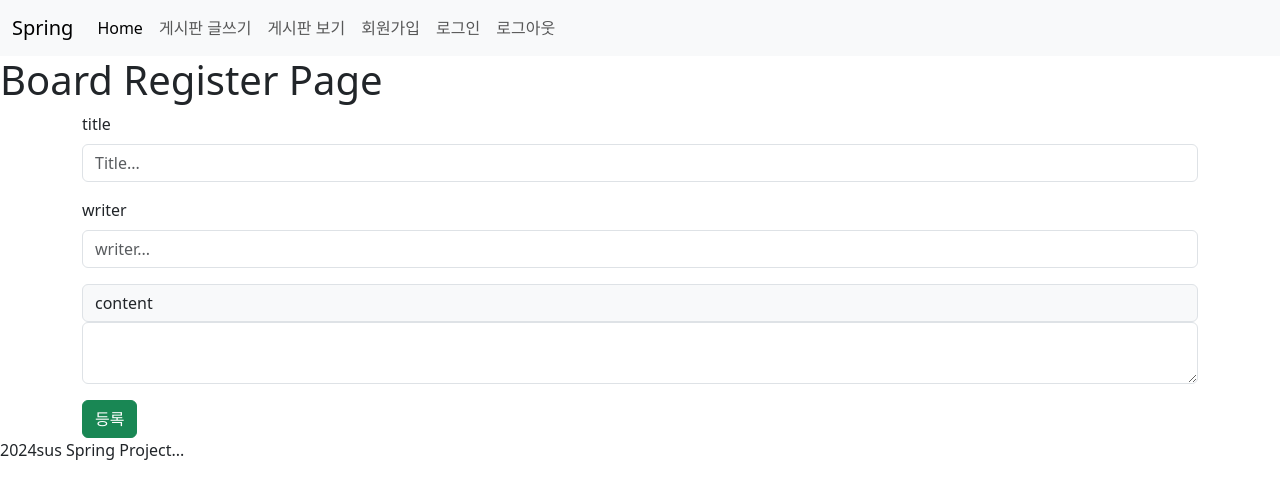
Repository: Ceciliaseon/springTest20240430
Page: http://localhost/spring_study/WEB-INF/views/board/register.jsp
These files come from the project's save history. The page is drawn as it stood at one moment and after the next save; the edit follows.
The browser window is 1280 px wide. The pictures show the whole page.
The page is served by Tomcat 9. Nobody is signed in. The template is opened directly, without the code that normally fills it, so the values that code supplies are empty.

Above is the page before, as saved 2024-04-24 01:08:43.

### spring_study/src/main/webapp/WEB-INF/views/board/register.jsp
<%@ page language="java" contentType="text/html; charset=UTF-8"
    pageEncoding="UTF-8"%>

<jsp:include page="../layout/header.jsp" />
<h1>Board Register Page</h1>
<div class="container-md">
	<form action="/board/insert" method="post">
		<div class="mb-3">
		  <label for="t" class="form-label">title</label>
		  <input type="text" class="form-control" name="title" id="t" placeholder="Title...">
		</div>
		<div class="mb-3">
		  <label for="w" class="form-label">writer</label>
		  <input type="text" class="form-control" name="wirter" id="w" placeholder="writer...">
		</div>
		<div class="mb-3">
		  <span class="input-group-text">content</span>
		  <textarea class="form-control" name="content" aria-label="With textarea"></textarea>
		</div>
		<button type="submit" class="btn btn-success">등록</button>
	</form>
</div>
<jsp:include page="../layout/footer.jsp" />

### spring_study/src/main/webapp/WEB-INF/views/layout/header.jsp
<%@ page language="java" contentType="text/html; charset=UTF-8"
    pageEncoding="UTF-8"%>
<!DOCTYPE html>
<html>
<head>
<meta charset="UTF-8">
<title>header.jsp</title>
<link href="https://cdn.jsdelivr.net/npm/bootstrap@5.3.3/dist/css/bootstrap.min.css" rel="stylesheet" integrity="sha384-QWTKZyjpPEjISv5WaRU9OFeRpok6YctnYmDr5pNlyT2bRjXh0JMhjY6hW+ALEwIH" crossorigin="anonymous">
<script src="https://cdn.jsdelivr.net/npm/bootstrap@5.3.3/dist/js/bootstrap.bundle.min.js" integrity="sha384-YvpcrYf0tY3lHB60NNkmXc5s9fDVZLESaAA55NDzOxhy9GkcIdslK1eN7N6jIeHz" crossorigin="anonymous"></script>
</head>
<body>

<nav class="navbar navbar-expand-lg bg-body-tertiary">
  <div class="container-fluid">
    <a class="navbar-brand" href="#">Spring</a>
    <button class="navbar-toggler" type="button" data-bs-toggle="collapse" data-bs-target="#navbarSupportedContent" aria-controls="navbarSupportedContent" aria-expanded="false" aria-label="Toggle navigation">
      <span class="navbar-toggler-icon"></span>
    </button>
    <div class="collapse navbar-collapse" id="navbarSupportedContent">
      <ul class="navbar-nav me-auto mb-2 mb-lg-0">
        <li class="nav-item">
          <a class="nav-link active" aria-current="page" href="#">Home</a>
        </li>
        <li class="nav-item">
          <a class="nav-link" href="/board/register">게시판 글쓰기</a>
        </li>
        <li class="nav-item">
          <a class="nav-link" href="#">게시판 보기</a>
        </li>
        <li class="nav-item">
          <a class="nav-link" href="#">회원가입</a>
        </li>
        <li class="nav-item">
          <a class="nav-link" href="#">로그인</a>
        </li>
        <li class="nav-item">
          <a class="nav-link" href="#">로그아웃</a>
        </li>
      </ul>
    </div>
  </div>
</nav>

### spring_study/src/main/webapp/WEB-INF/views/layout/footer.jsp
<%@ page language="java" contentType="text/html; charset=UTF-8"
    pageEncoding="UTF-8"%>

<div>
	2024sus Spring Project...
</div>

</body>
</html>

After the next save:
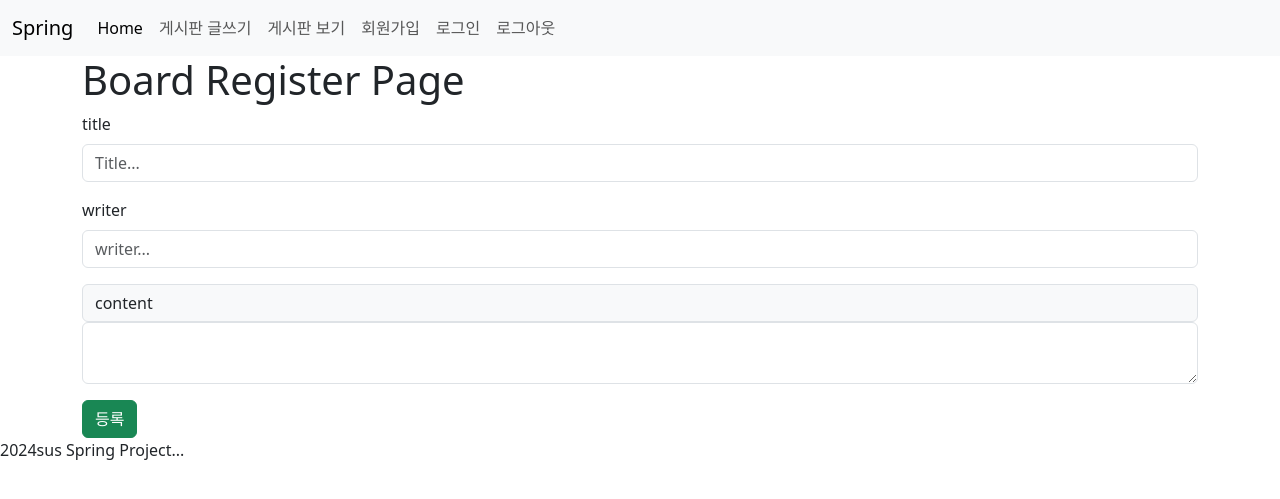
Saved 3 min 37 s later.
--- a/spring_study/src/main/webapp/WEB-INF/views/board/register.jsp
+++ b/spring_study/src/main/webapp/WEB-INF/views/board/register.jsp
@@ -2,8 +2,8 @@
     pageEncoding="UTF-8"%>
 
 <jsp:include page="../layout/header.jsp" />
+<div class="container-md">
 <h1>Board Register Page</h1>
-<div class="container-md">
 	<form action="/board/insert" method="post">
 		<div class="mb-3">
 		  <label for="t" class="form-label">title</label>
